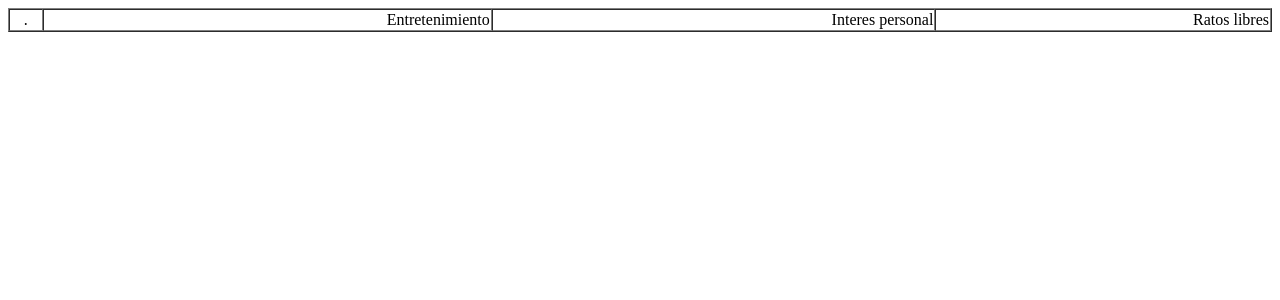
Repository: darlyn-saravia27/portafolio-darlynsaravia
Page: archivoshtml/tareas de html/index.html
The author's editor kept a copy of each file at every save. The page is drawn from the files as they stood at one save, then again after the next save.
The browser window is 1280 px wide. The pictures show the whole page.

Above is the page before, as saved 2023-03-04 00:26:40.

After the next save:
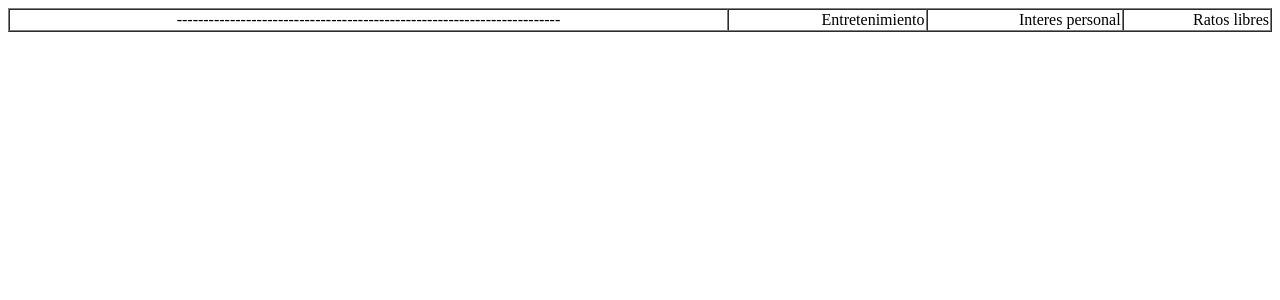
Saved 25 s later.
--- a/archivoshtml/tareas de html/index.html
+++ b/archivoshtml/tareas de html/index.html
@@ -9,7 +9,7 @@
 <body>
     <table align="center" border="1" cellspacing="0" width="100%">
     <tr align="center">
-        <td>                                                                      .</td>
+        <td>------------------------------------------------------------------------</td>
         <td align="right">Entretenimiento</td>
         <td align="right">Interes personal</td>
         <td align="right">Ratos libres</td>
